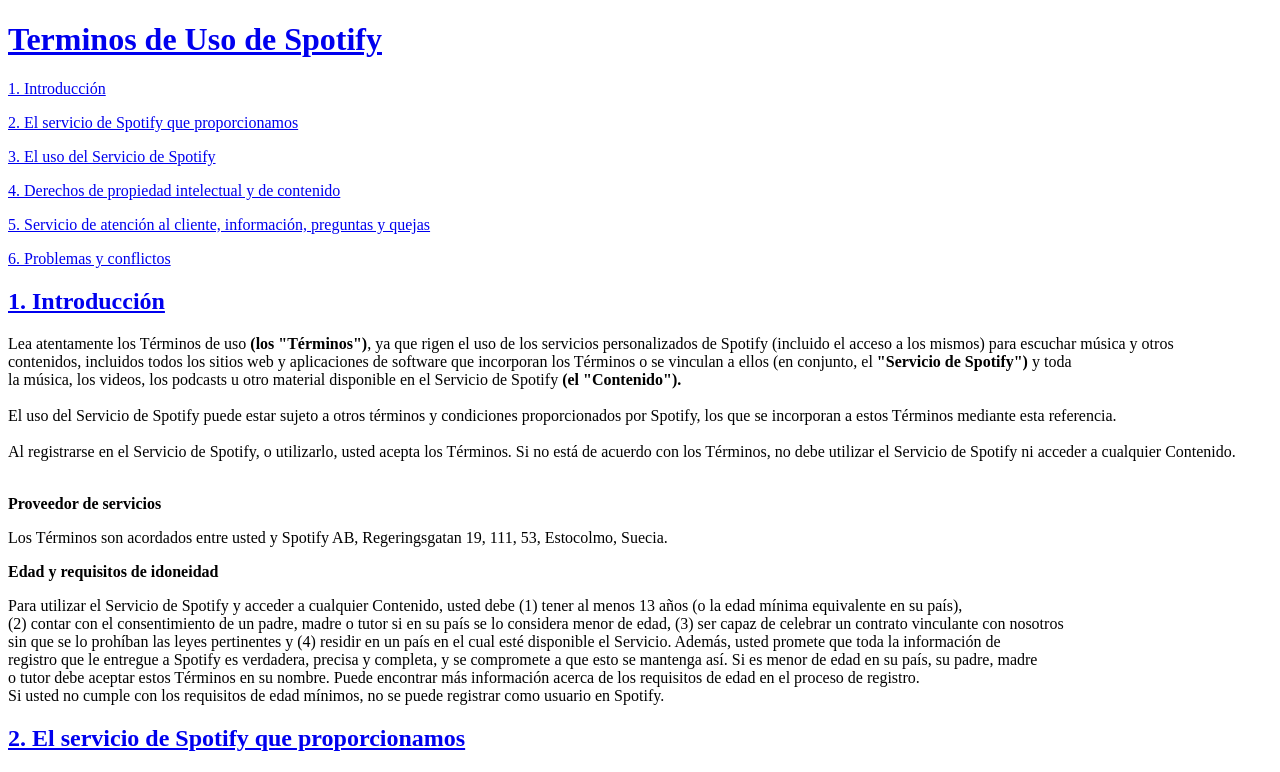
Repository: Devbenitez/Gen_30
Page: Gen_30/maquetado/index.html
These files come from the project's save history. The page is drawn as it stood at one moment and after the next save; the edit follows.
The browser window is 1280 px wide. The pictures show the whole page.

Above is the page before, as saved 2023-10-31 05:24:14.

After the next save:
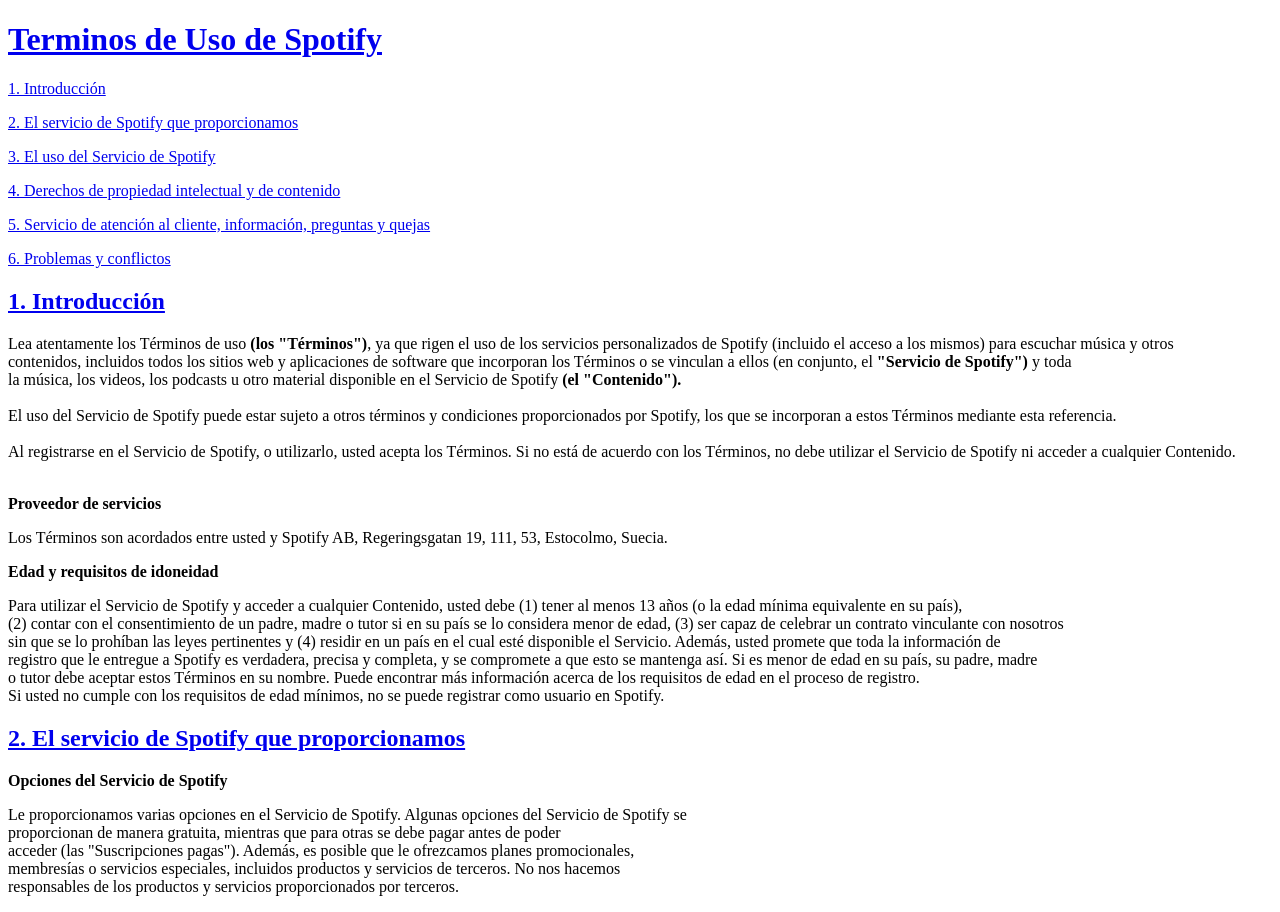
Saved 5 min 16 s later.
--- a/Gen_30/maquetado/index.html
+++ b/Gen_30/maquetado/index.html
@@ -67,6 +67,12 @@
       <h2>
         <a id= "2. El servicio de Spotify que proporcionamos" href="#2. El servicio de Spotify que proporcionamos">2. El servicio de Spotify que proporcionamos</a>
     </h2>
+    <p><b>Opciones del Servicio de Spotify</b></p>
+    <p>Le proporcionamos varias opciones en el Servicio de Spotify. Algunas opciones del Servicio de Spotify se <br />
+        proporcionan de manera gratuita, mientras que para otras se debe pagar antes de poder<br />
+        acceder (las "Suscripciones pagas"). Además, es posible que le ofrezcamos planes promocionales,<br />
+        membresías o servicios especiales, incluidos productos y servicios de terceros. No nos hacemos<br />
+        responsables de los productos y servicios proporcionados por terceros.</p>
 
 
         </main>
